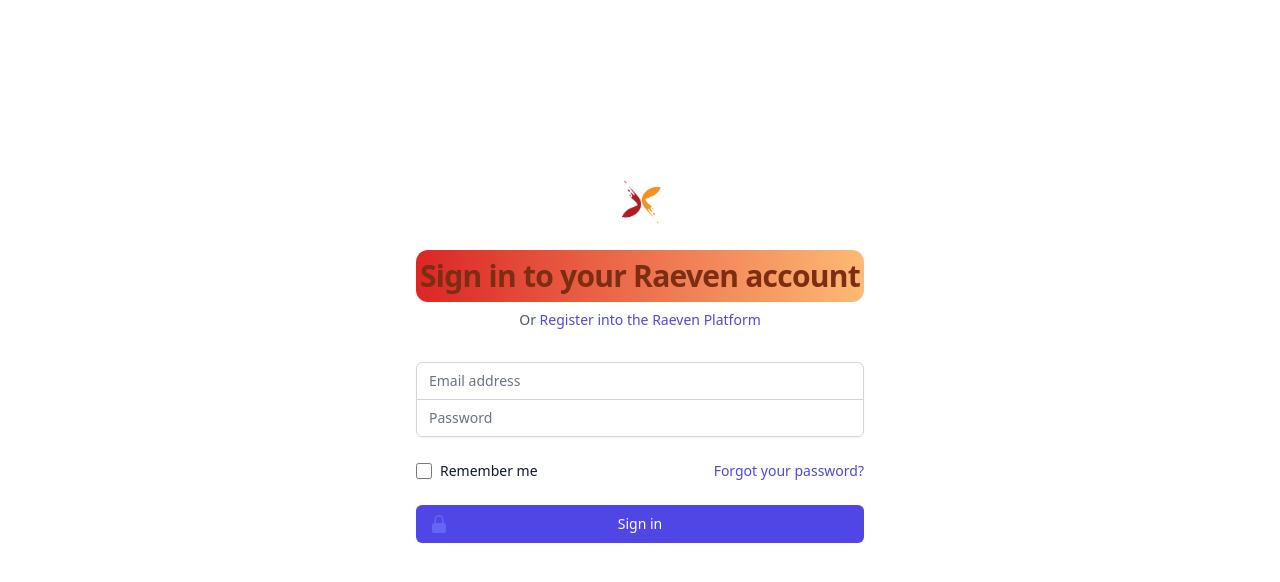
Repository: Curiosityxploring/raeven-site
Page: /login
An editor plug-in stored every save of this project. The page is shown before and after the next save, followed by the edit.
The browser window is 1280 px wide. The pictures show the whole page.
The project was rebuilt for these pictures with package versions that can differ from the ones it lists, and the page was loaded fresh each time. The framework's server and built-in components were replaced by stand-ins that run in the browser. Also part of the build but not shown: next.config.js.

Above is the page before, as saved 2023-01-12 15:23:44.

### pages/login.jsx
import React from 'react'
import { LockClosedIcon } from '@heroicons/react/20/solid'

export default function login() {
  return (
    <>
      {/*
        This example requires updating your template:

        ```
        <html class="h-full bg-gray-50">
        <body class="h-full">
        ```
      */}
      <div className="flex h-screen items-center justify-center py-12 px-4 sm:px-6 lg:px-8">
        <div className="w-full max-w-md space-y-8">
          <div>
            <img
              className="mx-auto h-12 w-auto"
              src="/images/curiositylogo.png"
              alt="Your Company"
            />
            <h2 className="mt-6 text-center text-3xl font-bold tracking-tight text-orange-900 px-1 py-2 rounded-xl bg-gradient-to-r from-red-600 to-orange-300">
              Sign in to your Raeven account
            </h2>
            <p className="mt-2 text-center text-sm text-gray-600">
              Or{' '}
              <a href="#" className="font-medium text-indigo-600 hover:text-indigo-500">
                Register into the Raeven Platform
              </a>
            </p>
          </div>
          <form className="mt-8 space-y-6" action="#" method="POST">
            <input type="hidden" name="remember" defaultValue="true" />
            <div className="-space-y-px rounded-md shadow-sm">
              <div>
                <label htmlFor="email-address" className="sr-only">
                  Email address
                </label>
                <input
                  id="email-address"
                  name="email"
                  type="email"
                  autoComplete="email"
                  required
                  className="relative block w-full appearance-none rounded-none rounded-t-md border border-gray-300 px-3 py-2 text-gray-900 placeholder-gray-500 focus:z-10 focus:border-indigo-500 focus:outline-none focus:ring-indigo-500 sm:text-sm"
                  placeholder="Email address"
                />
              </div>
              <div>
                <label htmlFor="password" className="sr-only">
                  Password
                </label>
                <input
                  id="password"
                  name="password"
                  type="password"
                  autoComplete="current-password"
                  required
                  className="relative block w-full appearance-none rounded-none rounded-b-md border border-gray-300 px-3 py-2 text-gray-900 placeholder-gray-500 focus:z-10 focus:border-indigo-500 focus:outline-none focus:ring-indigo-500 sm:text-sm"
                  placeholder="Password"
                />
              </div>
            </div>

            <div className="flex items-center justify-between">
              <div className="flex items-center">
                <input
                  id="remember-me"
                  name="remember-me"
                  type="checkbox"
                  className="h-4 w-4 rounded border-gray-300 text-indigo-600 focus:ring-indigo-500"
                />
                <label htmlFor="remember-me" className="ml-2 block text-sm text-gray-900">
                  Remember me
                </label>
              </div>

              <div className="text-sm">
                <a href="#" className="font-medium text-indigo-600 hover:text-indigo-500">
                  Forgot your password?
                </a>
              </div>
            </div>

            <div>
              <button
                type="submit"
                className="group relative flex w-full justify-center rounded-md border border-transparent bg-indigo-600 py-2 px-4 text-sm font-medium text-white hover:bg-indigo-700 focus:outline-none focus:ring-2 focus:ring-indigo-500 focus:ring-offset-2"
              >
                <span className="absolute inset-y-0 left-0 flex items-center pl-3">
                  <LockClosedIcon className="h-5 w-5 text-indigo-500 group-hover:text-indigo-400" aria-hidden="true" />
                </span>
                Sign in
              </button>
            </div>
          </form>
        </div>
      </div>
    </>
  )

}

### styles/globals.css
@tailwind base;
@tailwind components;
@tailwind utilities;



/* :root {
  --max-width: 1100px;
  --border-radius: 12px;
  --font-mono: ui-monospace, Menlo, Monaco, 'Cascadia Mono', 'Segoe UI Mono',
    'Roboto Mono', 'Oxygen Mono', 'Ubuntu Monospace', 'Source Code Pro',
    'Fira Mono', 'Droid Sans Mono', 'Courier New', monospace;

  --foreground-rgb: 0, 0, 0;
  --background-start-rgb: 214, 219, 220;
  --background-end-rgb: 255, 255, 255;

  --primary-glow: conic-gradient(
    from 180deg at 50% 50%,
    #16abff33 0deg,
    #0885ff33 55deg,
    #54d6ff33 120deg,
    #0071ff33 160deg,
    transparent 360deg
  );
  --secondary-glow: radial-gradient(
    rgba(255, 255, 255, 1),
    rgba(255, 255, 255, 0)
  );

  --tile-start-rgb: 239, 245, 249;
  --tile-end-rgb: 228, 232, 233;
  --tile-border: conic-gradient(
    #00000080,
    #00000040,
    #00000030,
    #00000020,
    #00000010,
    #00000010,
    #00000080
  );

  --callout-rgb: 238, 240, 241;
  --callout-border-rgb: 172, 175, 176;
  --card-rgb: 180, 185, 188;
  --card-border-rgb: 131, 134, 135;
}

@media (prefers-color-scheme: dark) {
  :root {
    --foreground-rgb: 255, 255, 255;
    --background-start-rgb: 0, 0, 0;
    --background-end-rgb: 0, 0, 0;

    --primary-glow: radial-gradient(rgba(1, 65, 255, 0.4), rgba(1, 65, 255, 0));
    --secondary-glow: linear-gradient(
      to bottom right,
      rgba(1, 65, 255, 0),
      rgba(1, 65, 255, 0),
      rgba(1, 65, 255, 0.3)
    );

    --tile-start-rgb: 2, 13, 46;
    --tile-end-rgb: 2, 5, 19;
    --tile-border: conic-gradient(
      #ffffff80,
      #ffffff40,
      #ffffff30,
      #ffffff20,
      #ffffff10,
      #ffffff10,
      #ffffff80
    );

    --callout-rgb: 20, 20, 20;
    --callout-border-rgb: 108, 108, 108;
    --card-rgb: 100, 100, 100;
    --card-border-rgb: 200, 200, 200;
  }
}

* {
  box-sizing: border-box;
  padding: 0;
  margin: 0;
}

html,
body {
  max-width: 100vw;
  overflow-x: hidden;
}

body {
  color: rgb(var(--foreground-rgb));
  background: linear-gradient(
      to bottom,
      transparent,
      rgb(var(--background-end-rgb))
    )
    rgb(var(--background-start-rgb));
}

a {
  color: inherit;
  text-decoration: none;
}

@media (prefers-color-scheme: dark) {
  html {
    color-scheme: dark;
  }
} */

Loaded but not shown: pages/_app.js (common file); pages/_document.js (common file); tailwind.config.js (common file)

After the next save:
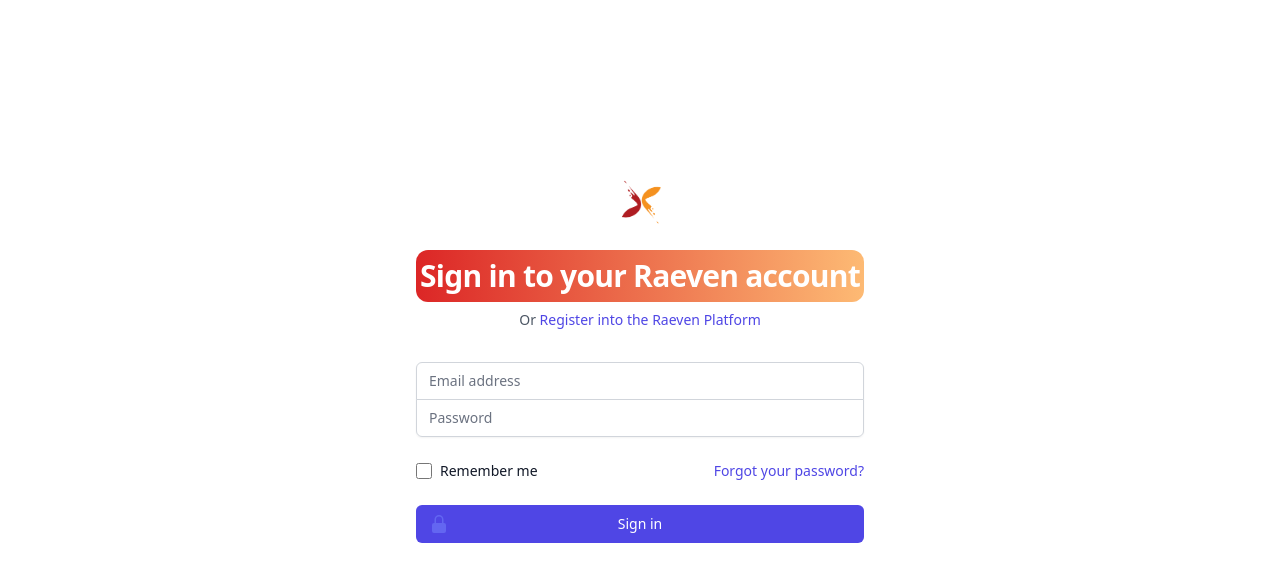
Saved 20 s later.
--- a/pages/login.jsx
+++ b/pages/login.jsx
@@ -20,7 +20,7 @@
               src="/images/curiositylogo.png"
               alt="Your Company"
             />
-            <h2 className="mt-6 text-center text-3xl font-bold tracking-tight text-orange-900 px-1 py-2 rounded-xl bg-gradient-to-r from-red-600 to-orange-300">
+            <h2 className="mt-6 text-center text-3xl font-bold tracking-tight text-white px-1 py-2 rounded-xl bg-gradient-to-r from-red-600 to-orange-300">
               Sign in to your Raeven account
             </h2>
             <p className="mt-2 text-center text-sm text-gray-600">
